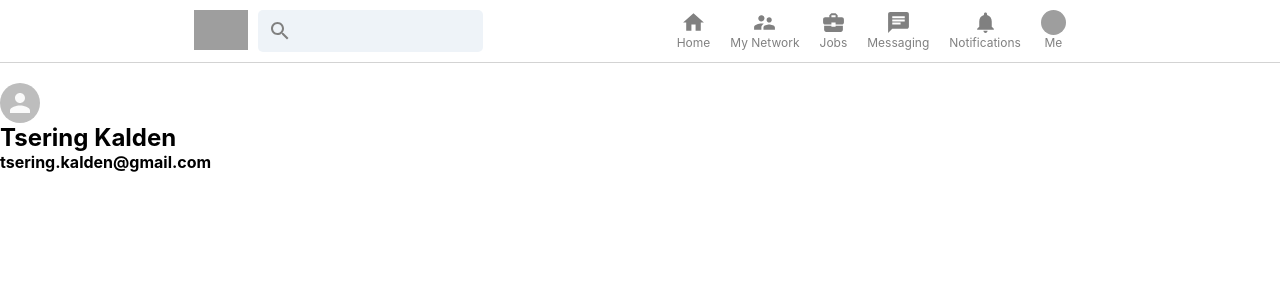
Repository: exiled-kal/linkedInreact-redux
Page: /
These files come from the project's save history. The page is drawn as it stood at one moment and after a run of saves; the edit follows.
The browser window is 1280 px wide. The pictures show the whole page.
Pictures or frames that could not be fetched are drawn as grey boxes. The project was rebuilt for these pictures with package versions that can differ from the ones it lists, and the page was loaded fresh each time. Also part of the build but not shown: src/App.css, src/Sidebar.css.

Above is the page before, as saved 2020-12-20 21:21:03.

After the next 2 saves:
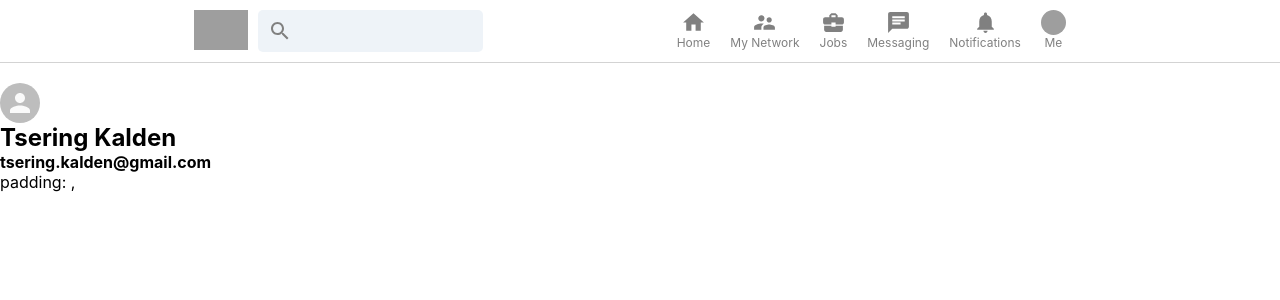
The 2 saves are shown as one change because they came seconds apart.
The last was saved 37 s later.
--- a/src/Sidebar.js
+++ b/src/Sidebar.js
@@ -13,7 +13,7 @@
       </div>
       <div className="sidebar__stats">
           <div className="sidebar__stat">
-
+padding: ,
           </div>
           <div className="sidebar__stat">
 

After the 2 saves that followed:
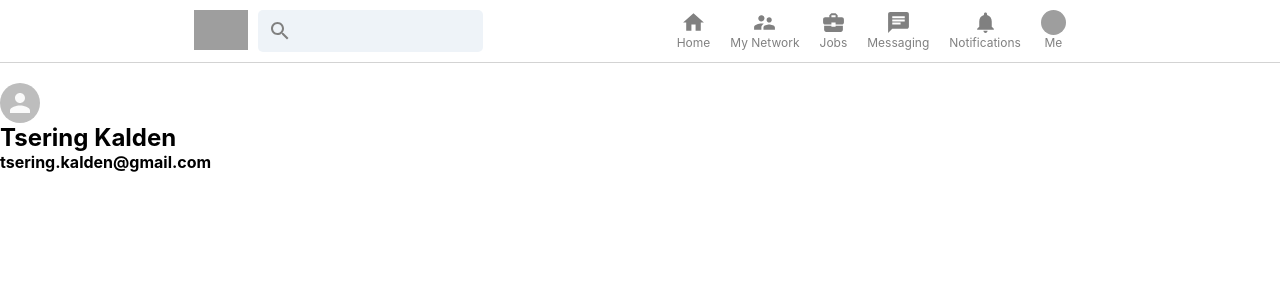
The 2 saves are shown as one change because 1 did not build or start.
The last was saved 9 s later.
--- a/src/Sidebar.js
+++ b/src/Sidebar.js
@@ -13,7 +13,7 @@
       </div>
       <div className="sidebar__stats">
           <div className="sidebar__stat">
-padding: ,
+<p></p>
           </div>
           <div className="sidebar__stat">
 
